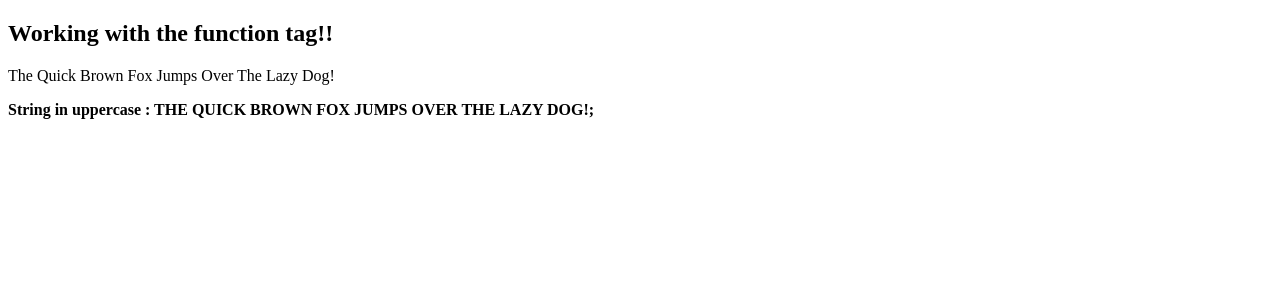
Repository: RG4025/AdvanceJava
Page: http://localhost/ClassWorkFeb21/functionDemo.jsp
These files come from the project's save history. The page is drawn as it stood at one moment and after the next save; the edit follows.
The browser window is 1280 px wide. The pictures show the whole page.
The page is served by Tomcat 9.

Above is the page before, as saved 2024-02-21 09:33:51.

### ClassWorkFeb21/src/main/webapp/functionDemo.jsp
<%@ page language="java" contentType="text/html; charset=ISO-8859-1"
    pageEncoding="ISO-8859-1"%>
    <%@ taglib uri="http://java.sun.com/jsp/jstl/functions" prefix="fn" %>
    <%@ taglib uri="http://java.sun.com/jsp/jstl/core" prefix="c" %>
<!DOCTYPE html>
<html>
<head>
<meta charset="ISO-8859-1">
<title>Insert title here</title>
</head>
<body>

	<h2>
		Working with the function tag!!

	</h2>

	<p>
	The Quick Brown Fox Jumps Over The Lazy Dog!

	</p>

	<c:set var="str" value="The Quick Brown Fox Jumps Over The Lazy Dog!"></c:set>


	<strong>
		String in uppercase : ${fn:toUpperCase(str)};

	</strong>


</body>
</html>

After the next save:
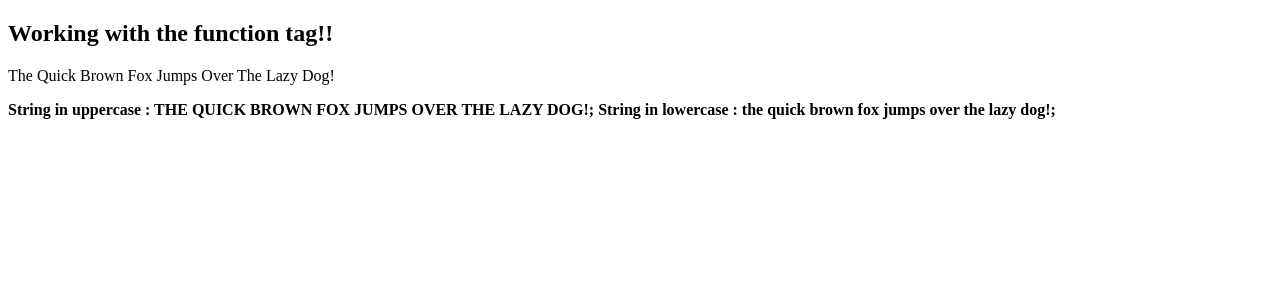
Saved 31 s later.
--- a/ClassWorkFeb21/src/main/webapp/functionDemo.jsp
+++ b/ClassWorkFeb21/src/main/webapp/functionDemo.jsp
@@ -29,5 +29,10 @@
 	</strong>
 
 
+	<strong>
+		String in lowercase : ${fn:toLowerCase(str)};
+
+	</strong>
+
 </body>
 </html>
